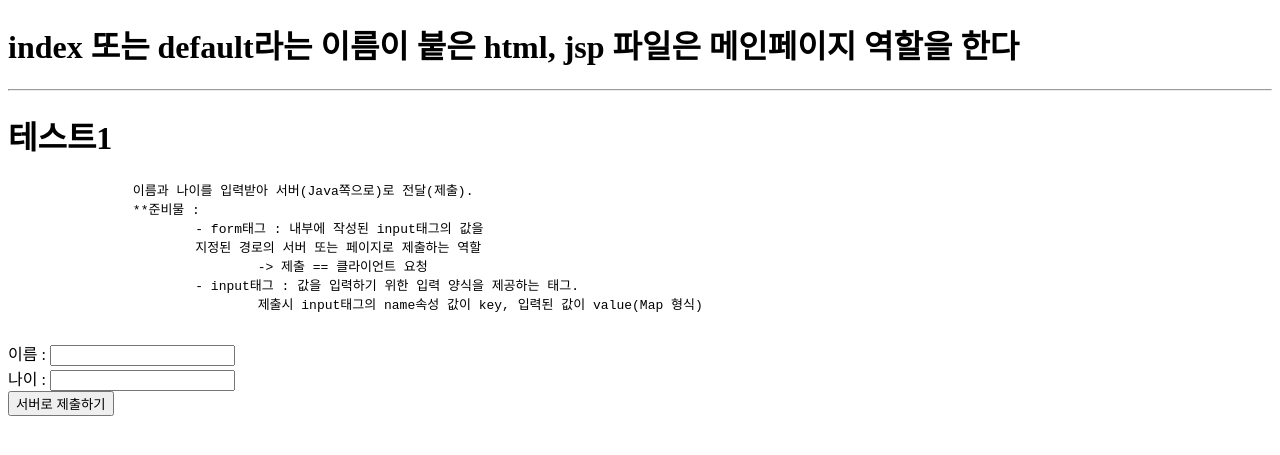
Repository: dawonLeeee/learnServer
Page: ServletProject1/src/main/webapp/index.html
These files come from the project's save history. The page is drawn as it stood at one moment and after the next save; the edit follows.
The browser window is 1280 px wide. The pictures show the whole page.

Above is the page before, as saved 2022-10-11 03:26:07.

### ServletProject1/src/main/webapp/index.html
<!DOCTYPE html>
<html lang="en">
<head>
	<meta charset="UTF-8">
	<meta http-equiv="X-UA-Compatible" content="IE=edge">
	<meta name="viewport" content="width=device-width, initial-scale=1.0">
	<title>Servlet Project 1</title>
</head>
<body>
	<h1>index 또는 default라는 이름이 붙은
		html, jsp 파일은 메인페이지 역할을 한다</h1>

	<hr>
	<h1>테스트1</h1>
	<pre>
		이름과 나이를 입력받아 서버(Java쪽으로)로 전달(제출).
		**준비물 :
			- form태그 : 내부에 작성된 input태그의 값을
			지정된 경로의 서버 또는 페이지로 제출하는 역할
				-> 제출 == 클라이언트 요청
			- input태그 : 값을 입력하기 위한 입력 양식을 제공하는 태그.
				제출시 input태그의 name속성 값이 key, 입력된 값이 value(Map 형식)
	</pre>

	<!-- action속성
		: 제출할 서버 또는 페이지 경로(주소) 작성하는 속성
	-->
	<!-- http://192.168.10.78:8080 (-> 프로토콜, IP, Port(서버 컴퓨터의 배포된 웹앱 위치))

			+

		/ServletProject1/ + 요청할 서비스 주소(->클라이언트 서비스 요청(절대 경로)) -->
	<form action="/ServletProject1/example1.do">
	<!-- 제출 시 ServletProject1 프로젝트에 있는 example.do라는 서비스를 요청한다.
		단, 요청시 내부에 작성된 input태그의 값도 같이 전달한다
	-->


		이름 : <input type="text" name="inputName"> <br>
		나이 : <input type="text" name="inputAge"> <br>
		<button type="submit">서버로 제출하기</button>
	</form>



</body>
</html>

After the next save:
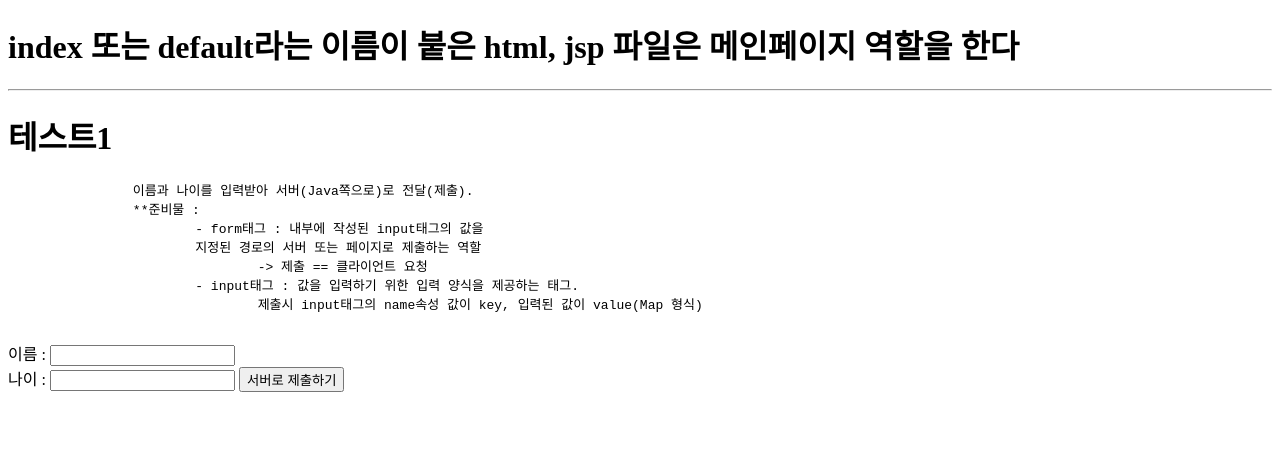
Saved 97 s later.
--- a/ServletProject1/src/main/webapp/index.html
+++ b/ServletProject1/src/main/webapp/index.html
@@ -31,15 +31,14 @@
 
 		/ServletProject1/ + 요청할 서비스 주소(->클라이언트 서비스 요청(절대 경로)) -->
 	<form action="/ServletProject1/example1.do">
-	<!-- 제출 시 ServletProject1 프로젝트에 있는 example.do라는 서비스를 요청한다.
-		단, 요청시 내부에 작성된 input태그의 값도 같이 전달한다
-	-->
+      <!-- 제출 시 ServletProject1 프로젝트에 있는
+         example1.do라는 서비스를 요청한다.
+         단, 요청 시 내부에 작성된 input 태그의 값도 같이 전달한다. -->
 
-
-		이름 : <input type="text" name="inputName"> <br>
-		나이 : <input type="text" name="inputAge"> <br>
-		<button type="submit">서버로 제출하기</button>
-	</form>
+      이름 : <input type="text" name="inputName"><br>
+      나이 : <input type="number" name="inputAge">
+      <button type="submit">서버로 제출하기</button>
+   </form>
 
 
 
